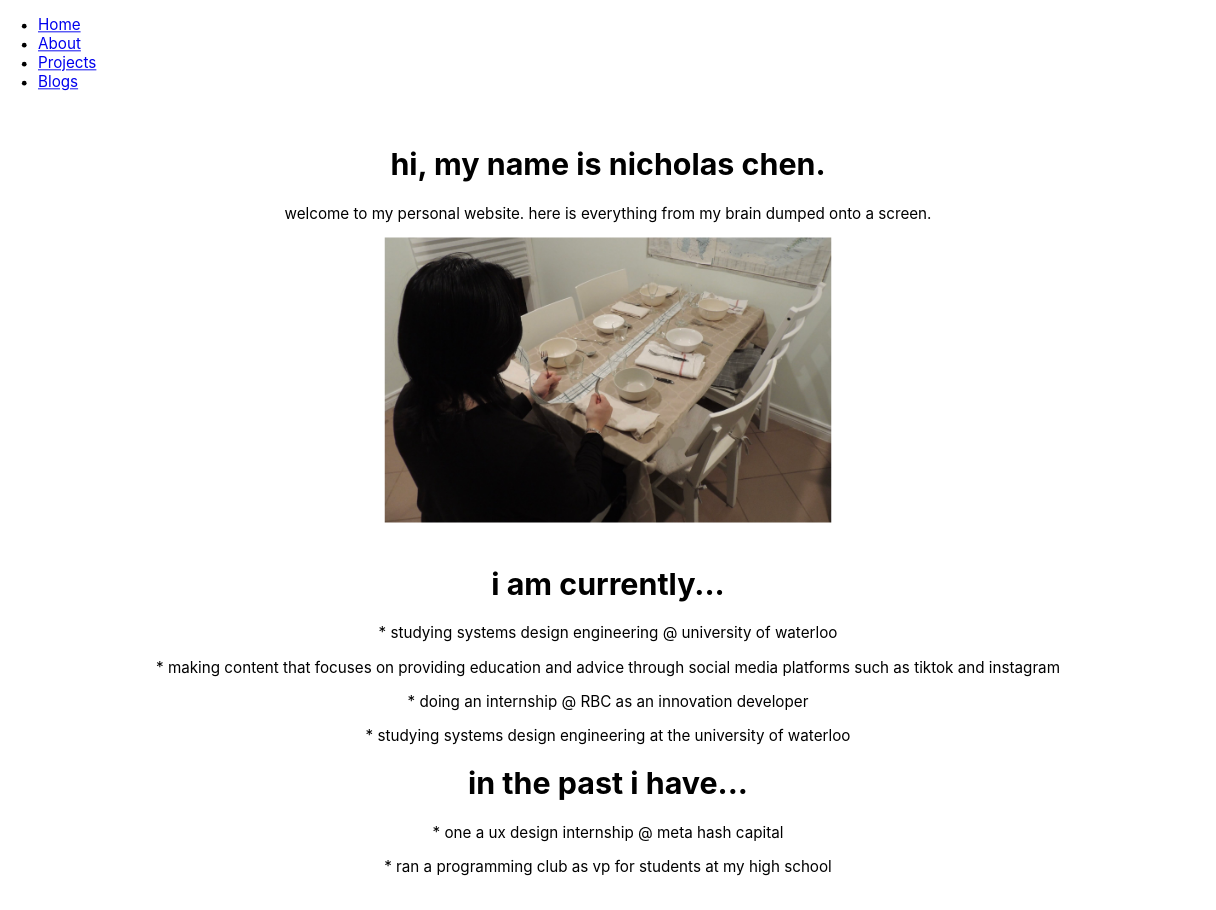
Repository: nicholaschen09/personalWebsite
Page: /
The author's editor kept a copy of each file at every save. The page is drawn from the files as they stood at one save, then again after the next save.
The browser window is 1280 px wide. The pictures show the whole page, at 95% of full size.
The project was rebuilt for these pictures with package versions that can differ from the ones it lists, and the page was loaded fresh each time. Also part of the build but not shown: src/components/About.css, src/components/About.js, src/components/Projects.css, src/components/Projects.js, src/components/Blog.css, src/components/Blog.js, src/components/Miscellaneous.css, src/components/Miscellaneous.js and 4 more.

Above is the page before, as saved 2024-05-23 13:39:37.

After the next save:
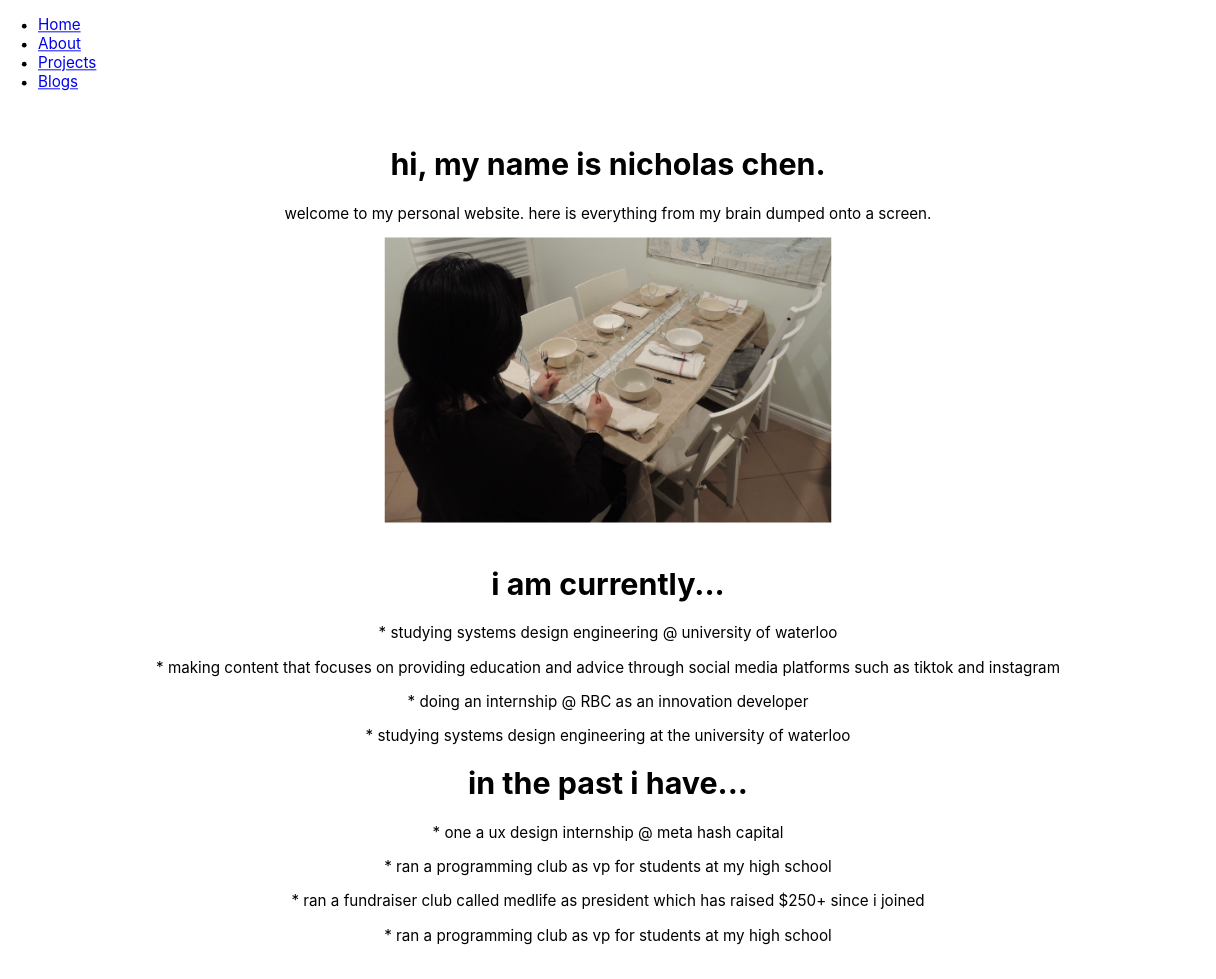
Saved 61 s later.
--- a/src/components/Home.js
+++ b/src/components/Home.js
@@ -18,6 +18,8 @@ const Home = () => {
             <h1>in the past i have...</h1>
             <p>* one a ux design internship @ meta hash capital </p>
             <p>* ran a programming club as vp for students at my high school </p>
+            <p>* ran a fundraiser club called medlife as president which has raised $250+ since i joined </p>
+            <p>* ran a programming club as vp for students at my high school </p>
         </div>
         );
 
